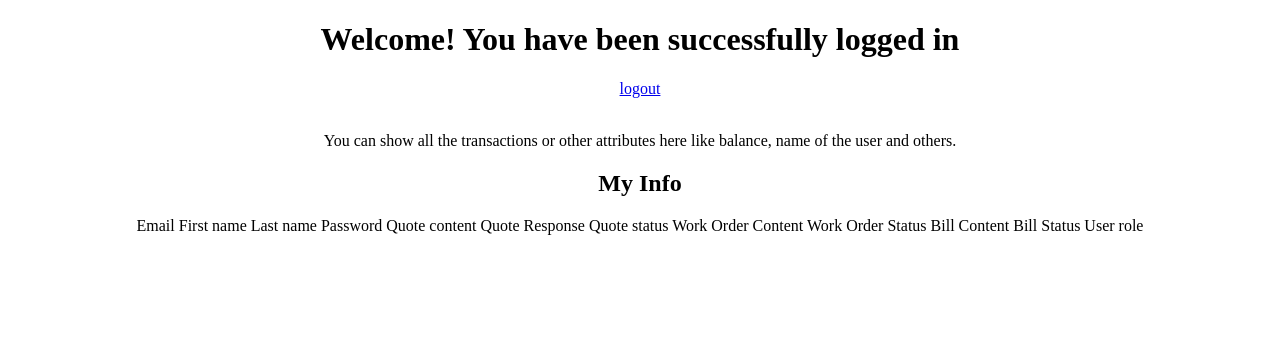
Repository: jacknishanian/Database-project
Page: http://localhost/database/activitypage.jsp
The author's editor kept a copy of each file at every save. The page is drawn from the files as they stood at one save, then again after the next save.
The browser window is 1280 px wide. The pictures show the whole page.
The page is served by Tomcat 9. Other server files are loaded and not shown.

Above is the page before, as saved 2023-10-18 00:58:44.

### database/WebContent/activitypage.jsp
<%@ page language="java" contentType="text/html; charset=ISO-8859-1"
    pageEncoding="ISO-8859-1"%>
<%@ taglib uri="http://java.sun.com/jsp/jstl/core" prefix="c" %>

<!DOCTYPE html>
<html>
<head>
<meta charset="ISO-8859-1">
<title>Activity page</title>
</head>

<center><h1>Welcome! You have been successfully logged in</h1> </center>


	<body>
	 <center>
		 <a href="login.jsp"target ="_self" > logout</a><br><br>
		 <p> You can show all the transactions or other attributes here like balance, name of the user and others.</p>


		 <caption><h2>My Info</h2></caption>
            <tr>
				<th>Email</th>
                <th>First name</th>
                <th>Last name</th>
                <th>Password</th>
                <th>Quote content</th>
                <th>Quote Response</th>
                <th>Quote status</th>
                <th>Work Order Content</th>
                <th>Work Order Status</th>
                <th>Bill Content</th>
                <th>Bill Status</th>
                <th>User role</th>
            </tr>

            <c:forEach var="myStuff" items="${listUser}">
                <tr style="text-align:center">
                    <td><c:out value="${myStuff.email}" /></td>
                    <td><c:out value="${myStuff.firstName}" /></td>
                    <td><c:out value="${myStuff.lastName}" /></td>
                    <td><c:out value="${user.password}" /></td>
                    <td><c:out value="${user.card_num}" /></td>
                    <td><c:out value="${user.card_date}" /></td>
                    <td><c:out value="${users.card_cvc}" /></td>
                    <td><c:out value="${users.role}" /></td>
                    <td><c:out value="${users.quotes_content}" /></td>
                    <td><c:out value="${users.quotes_response}"/></td>
                    <td><c:out value="${users.quotes_status}" /></td>
                    <td><c:out value="${users.work_order_content}" /></td>
                    <td><c:out value="${users.work_order_status}" /></td>
                    <td><c:out value="${users.bill_of_work_content}"/></td>
                    <td><c:out value="${users.bill_of_work_status}" /></td>

            </c:forEach>

		 </center>
	</body>
</html>

After the next save:
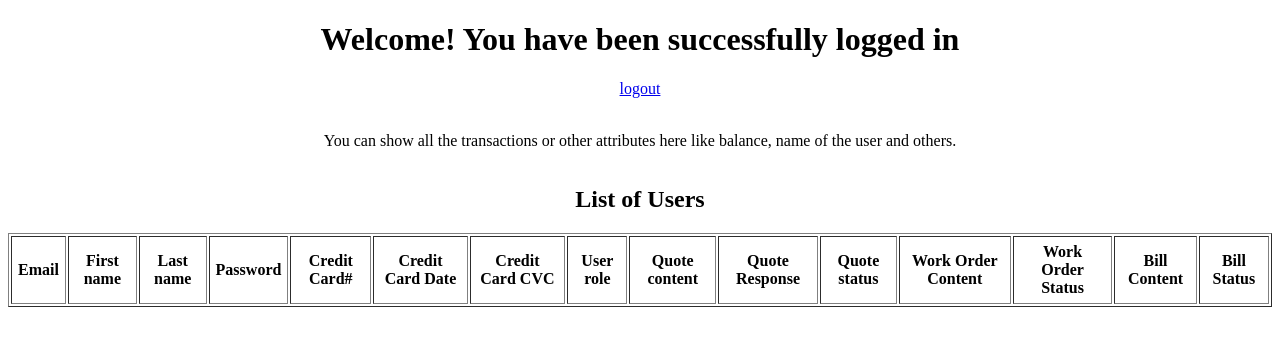
Saved 80 s later.
--- a/database/WebContent/activitypage.jsp
+++ b/database/WebContent/activitypage.jsp
@@ -18,12 +18,17 @@
 		 <p> You can show all the transactions or other attributes here like balance, name of the user and others.</p>
 
 
-		 <caption><h2>My Info</h2></caption>
+		 <table border="1" cellpadding="6">
+            <caption><h2>List of Users</h2></caption>
             <tr>
-				<th>Email</th>
+                <th>Email</th>
                 <th>First name</th>
                 <th>Last name</th>
                 <th>Password</th>
+                <th>Credit Card#</th>
+                <th>Credit Card Date</th>
+                <th>Credit Card CVC</th>
+                <th>User role</th>
                 <th>Quote content</th>
                 <th>Quote Response</th>
                 <th>Quote status</th>
@@ -31,17 +36,16 @@
                 <th>Work Order Status</th>
                 <th>Bill Content</th>
                 <th>Bill Status</th>
-                <th>User role</th>
+
             </tr>
-
-            <c:forEach var="myStuff" items="${listUser}">
+            <c:forEach var="users" items="${listUser}">
                 <tr style="text-align:center">
-                    <td><c:out value="${myStuff.email}" /></td>
-                    <td><c:out value="${myStuff.firstName}" /></td>
-                    <td><c:out value="${myStuff.lastName}" /></td>
-                    <td><c:out value="${user.password}" /></td>
-                    <td><c:out value="${user.card_num}" /></td>
-                    <td><c:out value="${user.card_date}" /></td>
+                    <td><c:out value="${users.email}" /></td>
+                    <td><c:out value="${users.firstName}" /></td>
+                    <td><c:out value="${users.lastName}" /></td>
+                    <td><c:out value="${users.password}" /></td>
+                    <td><c:out value="${users.card_num}" /></td>
+                    <td><c:out value="${users.card_date}" /></td>
                     <td><c:out value="${users.card_cvc}" /></td>
                     <td><c:out value="${users.role}" /></td>
                     <td><c:out value="${users.quotes_content}" /></td>
@@ -53,6 +57,7 @@
                     <td><c:out value="${users.bill_of_work_status}" /></td>
 
             </c:forEach>
+        </table>
 
 		 </center>
 	</body>
